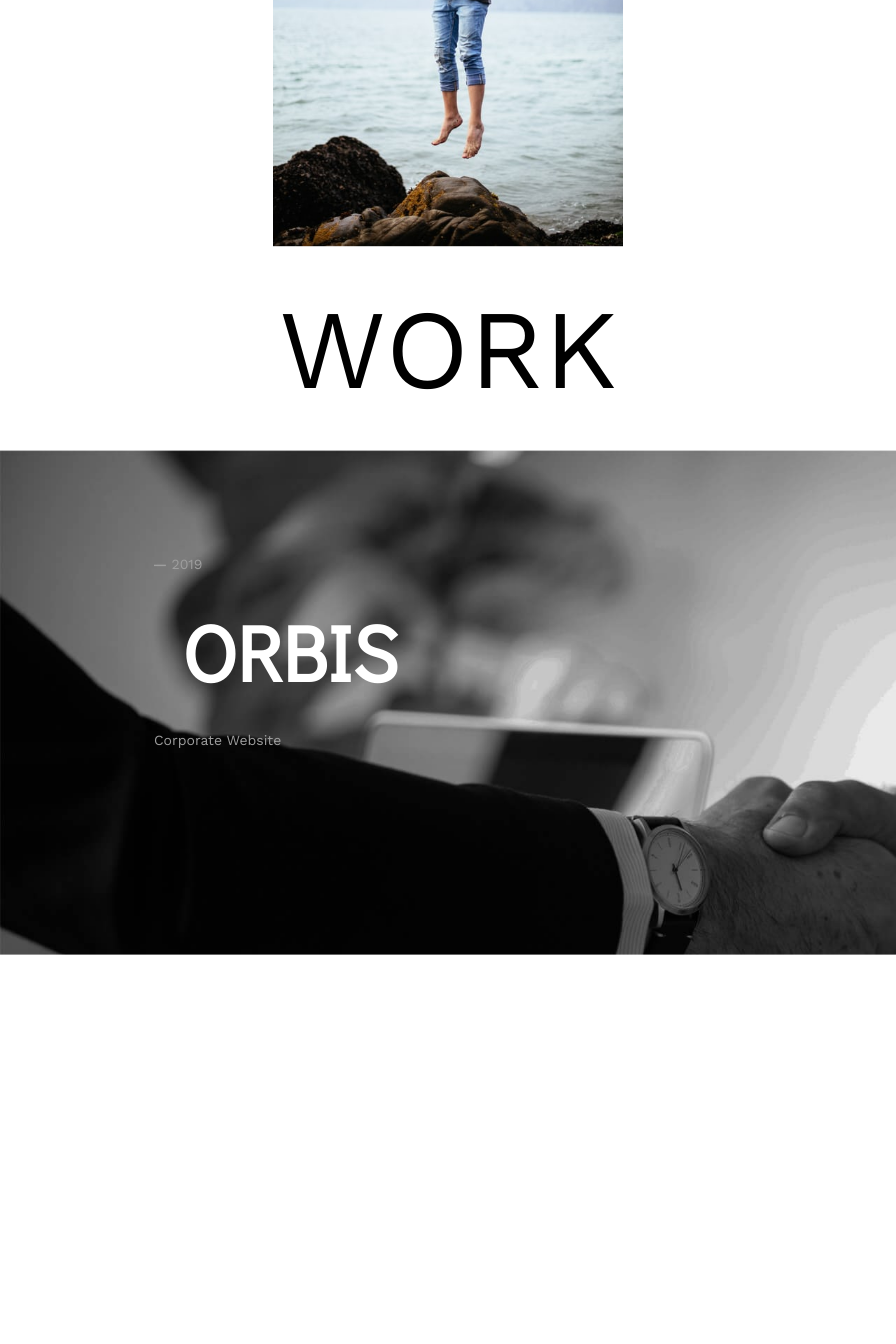
Repository: m0lt/DigitalDesigner
Page: index.html
The author's editor kept a copy of each file at every save. The page is drawn from the files as they stood at one save, then again after the next save.
The browser window is 1280 px wide. The pictures show the part of the page from y = 764 to 2684 px (the page is 2848 px tall), at 70% of full size.
Backgrounds fixed to the window are drawn as part of the page.

Above is the page before, as saved 2025-07-08 10:55:44.

After the next save:
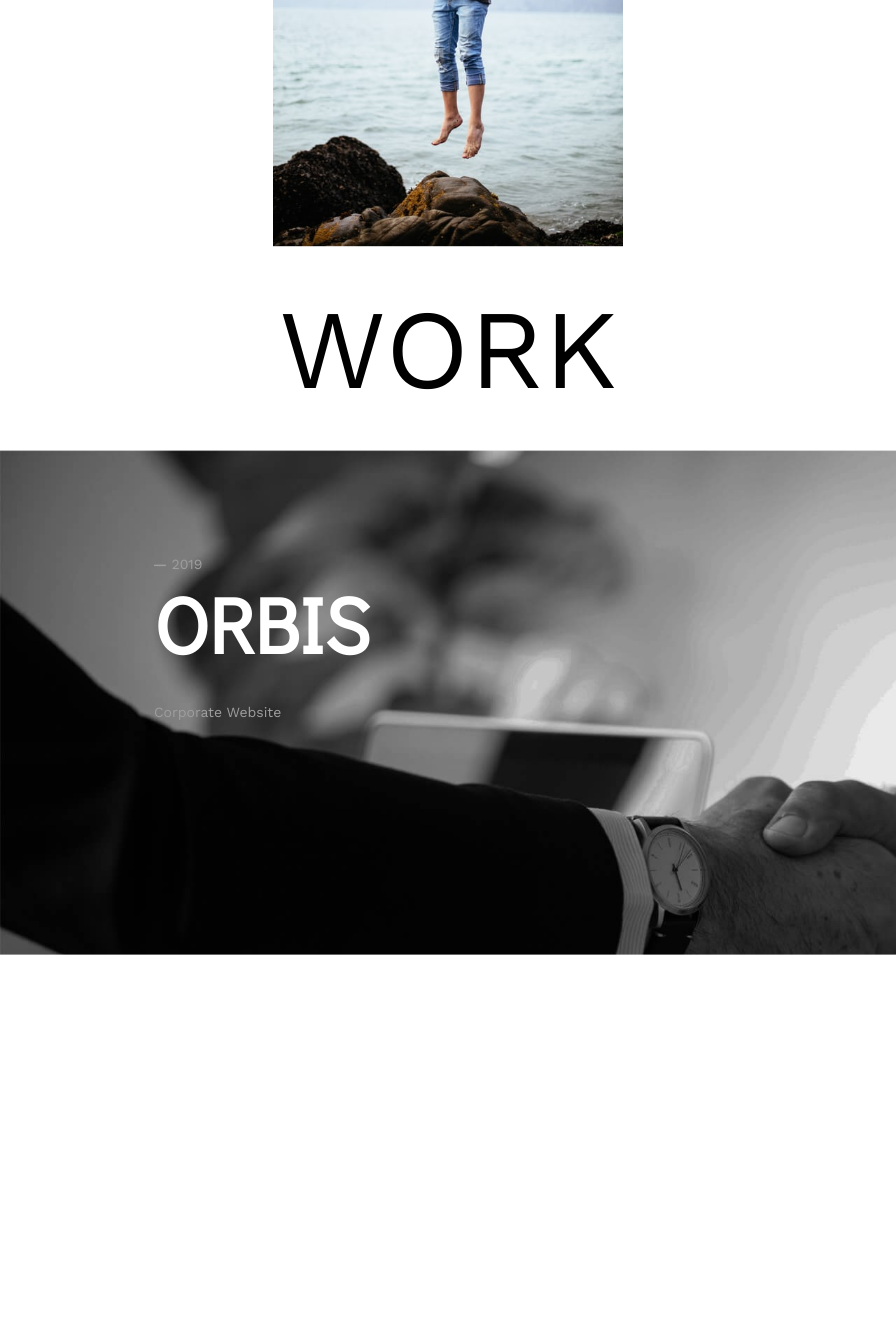
Saved 14 s later.
--- a/assets/css/styles.css
+++ b/assets/css/styles.css
@@ -41,7 +41,7 @@ h1 {
 h2 {
   font-family: "Didact Gothic";
   font-size: 112px;
-  padding: 40px;
+  padding: 0 0 40px 0;
 }
 
 .content {
